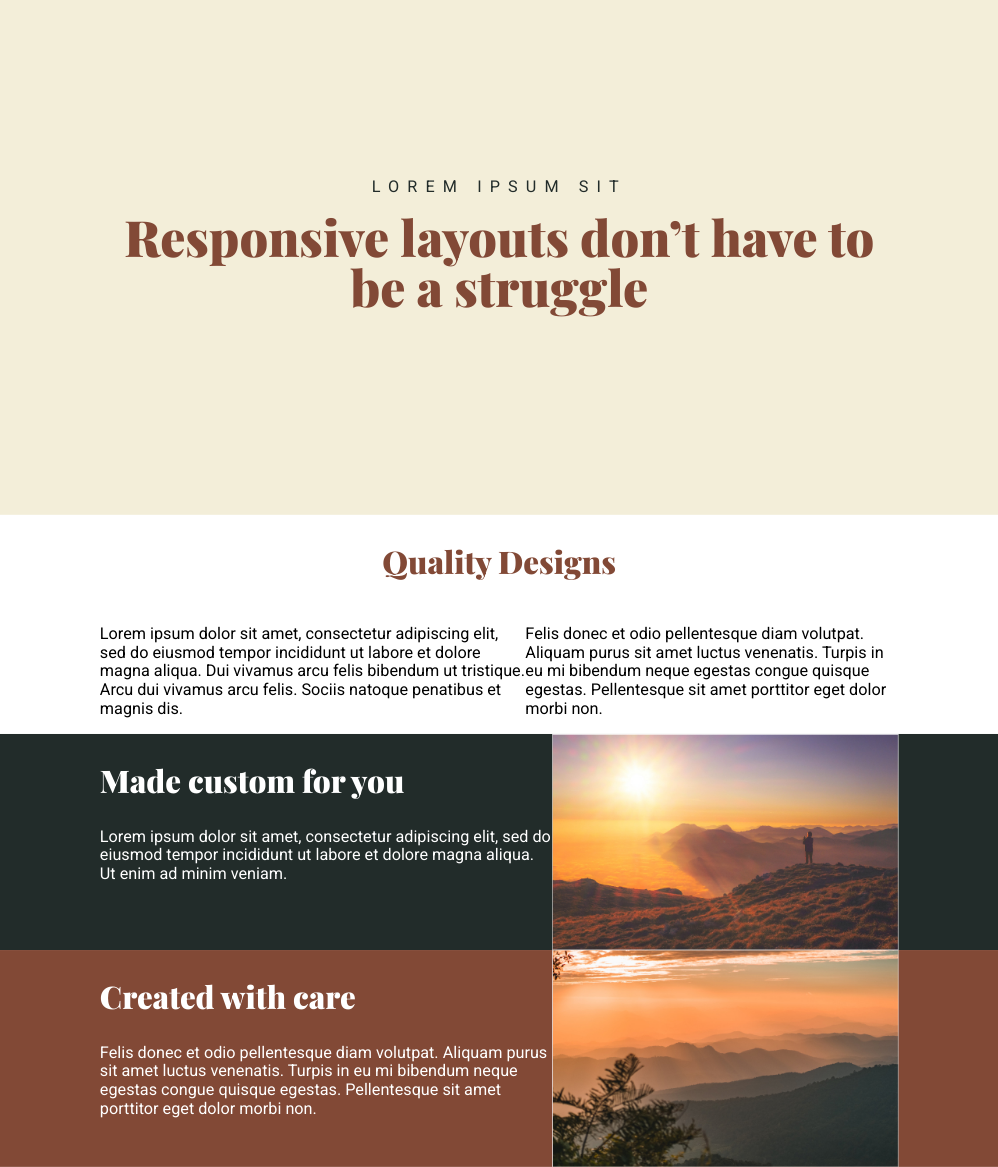
Repository: GregG21/Kevin-Powell-21-day-challange
Page: Day 12/index.html
An editor plug-in stored every save of this project. The page is shown before and after the next save, followed by the edit.
The browser window is 1280 px wide. The pictures show the whole page, at 78% of full size.
The style sheet was rebuilt from its Sass, Less or Tailwind sources for each picture, by a compiler version that may differ from the author's.

Above is the page before, as saved 2020-09-11 20:46:39.

### Day 12/index.html
<!DOCTYPE html>
<html lang="en">
  <head>
    <meta charset="UTF-8" />
    <meta name="viewport" content="width=device-width, initial-scale=1.0" />
    <title>Responsive layout</title>
    <link
      href="https://fonts.googleapis.com/css2?family=Playfair+Display:wght@900&family=Roboto:wght@300;400&display=swap"
      rel="stylesheet"
    />
    <link rel="stylesheet" href="/css/style.css" />
  </head>
  <body>
    <section class="hero">
      <div class="container display-flex">
        <div class="hero__text">
          <p>lorem ipsum sit</p>
          <h1>Responsive layouts don’t have to be a struggle</h1>
        </div>
      </div>
    </section>

    <main>
      <section class="container section__one">
        <h2 class="section__title display-flex">Quality Designs</h2>
        <div class="display-flex">
          <p>
            Lorem ipsum dolor sit amet, consectetur adipiscing elit, sed do
            eiusmod tempor incididunt ut labore et dolore magna aliqua. Dui
            vivamus arcu felis bibendum ut tristique. Arcu dui vivamus arcu
            felis. Sociis natoque penatibus et magnis dis.
          </p>
          <p>
            Felis donec et odio pellentesque diam volutpat. Aliquam purus sit
            amet luctus venenatis. Turpis in eu mi bibendum neque egestas congue
            quisque egestas. Pellentesque sit amet porttitor eget dolor morbi
            non.
          </p>
        </div>
      </section>

      <section class="section__two">
        <div class="container display-flex">
          <div class="section__two--text">
            <h2>Made custom for you</h2>
            <p>
              Lorem ipsum dolor sit amet, consectetur adipiscing elit, sed do
              eiusmod tempor incididunt ut labore et dolore magna aliqua. Ut
              enim ad minim veniam.
            </p>

          </div>
        <img src="/image-01.jpg" alt="sunset" />

        </div>
      </section>

      <section class="section__three ">
        <div class="container display-flex">

          <div class="section__three--text">
          <h2>Created with care</h2>
          <p>
          Felis donec et odio pellentesque diam volutpat. Aliquam purus sit
          amet luctus venenatis. Turpis in eu mi bibendum neque egestas congue
          quisque egestas. Pellentesque sit amet porttitor eget dolor morbi
          non.
          </p>
        </div>
        <img src="/image-02.jpg" alt="sunset and fog" />

        </div>
      </section>
    </main>
  </body>
</html>

### Day 12/style.scss
// font-family: 'Playfair Display', serif;

// font-family: 'Roboto', sans-serif;
$brown-color: #824936;
$black-color: #222C2A;
$baige-color: #F3EED9;


*, *::before, *::after {
    box-sizing: border-box;
}

body {
    margin: 0;
    padding: 0;
    font-family: 'Roboto', sans-serif;
}
img {
    max-width: 100%;
}

h1 {
    font-size: 4rem;
    font-family: 'Playfair Display', serif;
    font-weight: 900;
}
h2 {
    font-size: 2.5rem;
    font-family: 'Playfair Display', serif;
    font-weight: 900;
}
p {
    font-size: 1.3rem;
    font-family: 'Roboto', sans-serif;
    font-weight: 400;
}





.container {
    width: 80%;
    max-width: 1128px;
    margin: 0 auto;
}

.display-flex {
    display: flex;
}

.hero {
    background-color: $baige-color;
    color: $brown-color;
    display: flex;
    justify-content: center;
    align-items: center;
    min-height: 660px;

}
.hero__text {
    display: flex;
    flex-direction: column;
    text-align: center;
    line-height: 1;

    h1 {
        margin-top: 0;
    }
    p {
        text-transform: uppercase;
        letter-spacing: .5em;
        color: $black-color;
    }
}

.section__title {
    color: $brown-color;
    justify-content: center;
}
.section__one {

}
.section__two {
    background-color: $black-color;
    color: white;
}
.section__three {
    background-color: $brown-color;
    color: white;

}

After the next save:
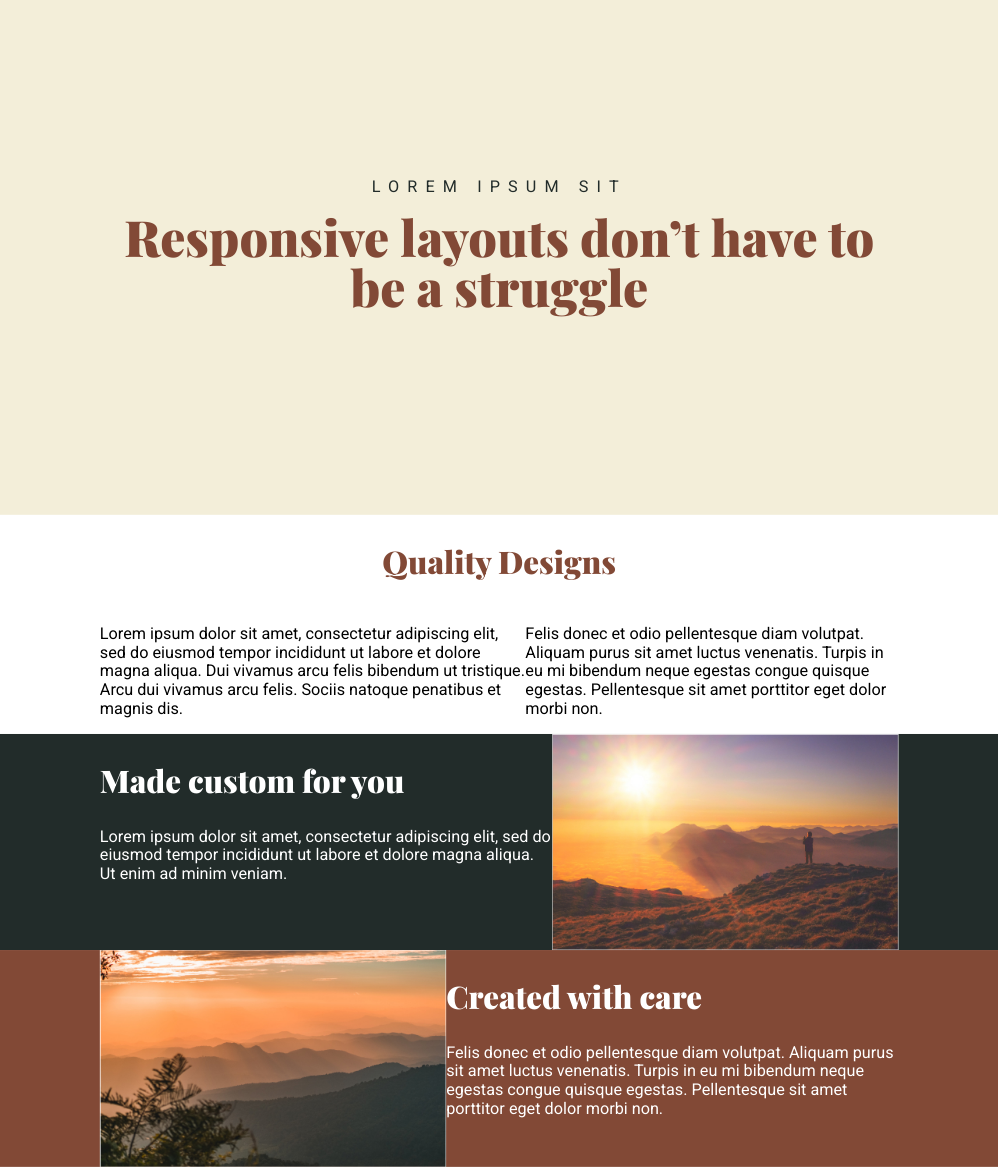
Saved 10 s later.
--- a/Day 12/index.html
+++ b/Day 12/index.html
@@ -57,6 +57,7 @@
 
       <section class="section__three ">
         <div class="container display-flex">
+        <img src="/image-02.jpg" alt="sunset and fog" />
 
           <div class="section__three--text">
           <h2>Created with care</h2>
@@ -67,7 +68,6 @@
           non.
           </p>
         </div>
-        <img src="/image-02.jpg" alt="sunset and fog" />
 
         </div>
       </section>
